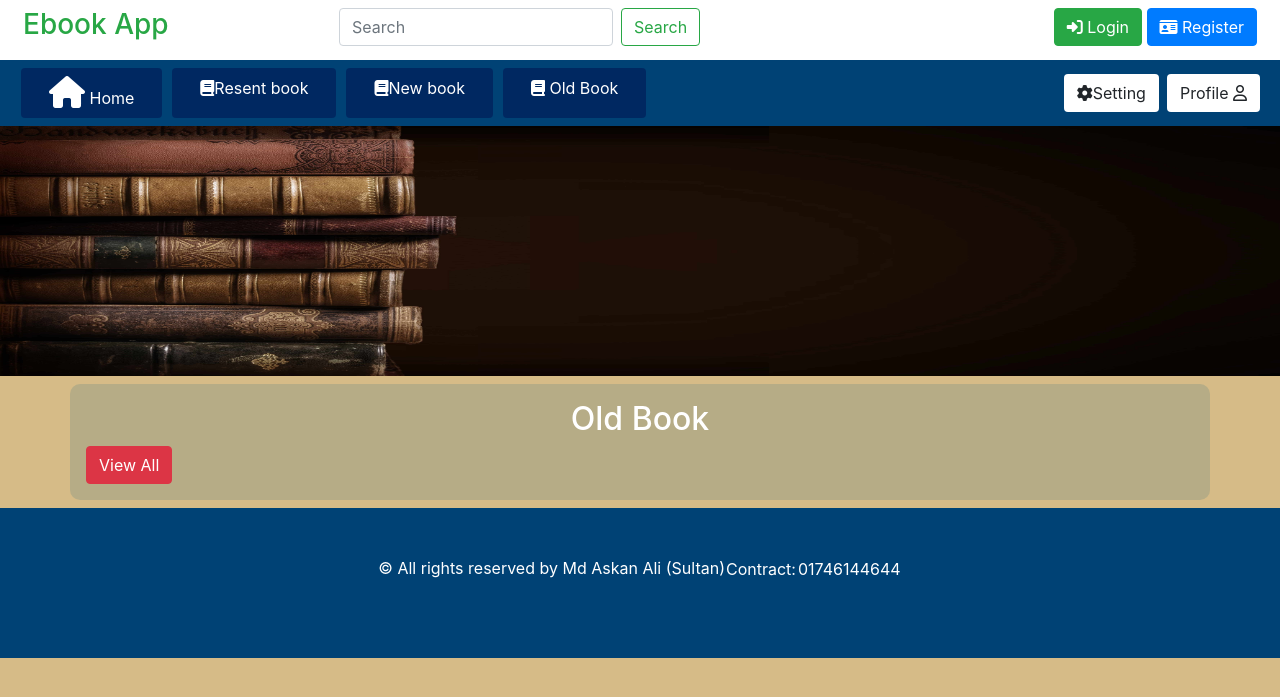
Repository: sultanaskan/EbookApp
Page: http://localhost/ebook/oldbook.jsp
An editor plug-in stored every save of this project. The page is shown before and after the next save, followed by the edit.
The browser window is 1280 px wide. The pictures show the whole page.
The page is served by Tomcat 9. Other server files are loaded and not shown. Queries for data that is not in the repository find no rows.

Above is the page before, as saved 2024-05-06 07:19:19.

### ebook/src/main/webapp/oldbook.jsp
<%@page import="com.entity.Book"%>
<%@page import="java.util.List"%>
<%@page import="com.entity.Cart"%>
<%@page import="com.DAO.DBconn"%>
<%@ page language="java" contentType="text/html; charset=UTF-8"
	pageEncoding="UTF-8"%>



<!DOCTYPE html>
<html>
<head>
<meta charset="UTF-8">
<title>Old Book:</title>
<%@include file="components/allcss.jsp"%>


</head>
<body>
	<%@include file="components/navbar.jsp"%>
	<img style="height: 250px; width: 100%" alt="benner"
		src="components/img/ben.png">

	<!-- Old Book -->
		<div class="container my-2 p-3 resentbook">
		<h2 class="text-white text-center">Old Book</h2>
		<div class="row justify-content-center text-center">



			<%
			HttpSession se = request.getSession();
			user u = (user) se.getAttribute("logedin");
			System.out.println("User Loged User id: " + u);
			DAOImpl dao = new DAOImpl(conn);
			List<Book> ne = dao.getOldBook();

			for (Book b : ne) {
			%>
			<div class="col-lg-3 col-md-4 col-sm-6 my-2">
				<div class="card">
					<div class="card-body">
						<img class="gcardbook" alt="book" src="books/<%=b.getFile()%>">
						<p>
							Book Name:
							<%=b.getName()%>
							<br> Author Name:<%=b.getAuthor()%>
							<br> Categories:
							<%=b.getCat()%>
						</p>
						<div class="row text-center justify-content-center">
							<c:if test="${not empty logedin  }">
								<%
								Cart c = dao.chackCartByUB(b.getBid(), u.getUid());
								if (c != null) {
								%>
								<a class="disabled btn btn-danger btn-sm m-1">Add Card</a>

								<%
								} else if( c==null){
								%>

								<a
									href="addcartservlet?bid=<%=b.getBid()%>&uid=<%=u.getUid()%>&bname=<%=b.getName()%>&author=<%=b.getAuthor()%>&price=<%=b.getPrice()%>&address=<%=u.getAddress()%>&phone=<%=u.getPhone()%>&email=<%=b.getEmail()%>"
									class="btn btn-danger btn-sm m-1">Add Card</a>
								<%
								}
								%>
							</c:if>

							<c:if test="${empty logedin }">

								<a href="login.jsp" class=" btn btn-danger btn-sm m-1">Add
									Card</a>
							</c:if>
							<a href="viewdetails.jsp?bid=<%=b.getBid()%>
								class="btn btn-primary btn-sm m-1">View Details</a>
								<a
								class="btn btn-success btn-sm m-1"><%=b.getPrice() %></a>
						</div>
					</div>
				</div>
			</div>
			<%
			}
			%>



		</div>
		<a class="self-align-center  y-2 btn btn-danger">View All</a>
	</div>










	<%@include file="components/footer.jsp"%>
</body>
</html>

### ebook/src/main/webapp/components/allcss.jsp
<script
	src="https://cdn.jsdelivr.net/npm/jquery@3.5.1/dist/jquery.slim.min.js"></script>
<script
	src="https://cdn.jsdelivr.net/npm/popper.js@1.16.1/dist/umd/popper.min.js"></script>
<script
	src="D:/All projects/java web/EbookApp/src/main/webapp/components/bootstrap-4.6.2-dist/js/bootstrap.min.js"></script>

<link rel="stylesheet"
	href="https://cdn.jsdelivr.net/npm/bootstrap@4.6.2/dist/css/bootstrap.min.css">
<script
	src="https://cdn.jsdelivr.net/npm/bootstrap@4.6.2/dist/js/bootstrap.bundle.min.js"></script>
<link rel="stylesheet"
	href="https://cdnjs.cloudflare.com/ajax/libs/font-awesome/6.4.2/css/all.min.css" />

<link rel="stylesheet" href="components/style.css">

### ebook/src/main/webapp/components/navbar.jsp
<%@page import="java.sql.Connection"%>
<%@page import="com.db.Database"%>
<%@page import="com.entity.user"%>
<%@page import="com.DAO.DAOImpl"%>
<%@page import="com.DAO.DBconn"%>
<%@include file="jstl.jsp" %>


<% Connection conn =new Database().Dbconn(); %>


<div class="container-fluid bg-white  " style="min-height: 60px">
	<div class="row p-2">
		<div class="col-md-3">
			<h3 class="text-success float-left">Ebook App</h3>
		</div>
		<div class=" col-md-5">
			<form class="form-inline my-2 my-lg-0">
				<input class="form-control mr-sm-2" type="search"
					placeholder="Search" aria-label="Search">
				<button class="btn btn-outline-success my-2 my-sm-0" type="submit">Search</button>
			</form>
		</div>

		<c:if test="${not empty  logedin }">
			<div class="col-md-4  text-right">
				<a href="profile.jsp" class="btn btn-primary "><i
					class="fa-regular fa-user"></i> Profile</a>
				<button data-toggle="modal" data-target="#exampleModal"
					class="btn btn-danger ">
					<i class="fa-solid fa-right-from-bracket"></i> Logout
				</button>
			</div>
		</c:if>

		<c:if test="${empty logedin}">
			<div class="col-md-4  text-right">
				<a href="login.jsp" class="btn btn-success "><i
					class="fa-solid fa-right-to-bracket "></i> Login</a> <a
					href="register.jsp" class="btn btn-primary "><i
					class="fa-solid fa-id-card"></i> Register</a>
			</div>
		</c:if>


	</div>
</div>



<nav class="navbar navbar-expand-lg navbar-dark  sticky-top"
	style="background: #004275">
	<button class="navbar-toggler" type="button" data-toggle="collapse"
		data-target="#navbarSupportedContent"
		aria-controls="navbarSupportedContent" aria-expanded="false"
		aria-label="Toggle navigation">
		<span class="navbar-toggler-icon"></span>
	</button>
	<div class="row collapse navbar-collapse" id="navbarSupportedContent">
		<div class=" col-md-7 float-left ">
			<ul class="navbar-nav mr-auto">
				<li class="nav-item active"><a class="nav-link"
					href="index.jsp"> <i class="fa-solid fa-house fa-2x"></i> Home
				</a></li>
				<li class="nav-item active"><a class="nav-link"
					href="resentbook.jsp"> <i class="fa-solid fa-book"></i>Resent
						book
				</a></li>
				<li class="nav-item  active"><a class="nav-link"
					href="newbook.jsp"> <i class="fa-solid fa-book"></i>New book
				</a></li>
				<li class="nav-item active"><a class="nav-link "
					href="oldbook.jsp"> <i class="fa-solid fa-book"></i> Old Book
				</a></li>
			</ul>
		</div>

		<div class="col-md-5 ">
			<a class=" float-right btn bg-white mx-1" href="#">Profile <i
				class="fa-regular fa-user"></i>
			</a> <a href="setting.jsp" class=" float-right btn bg-white mx-1"
				href="#"><i class="fa-solid fa-gear"></i>Setting </a>




			<c:if test="${not empty logedin }">

				<%
				DAOImpl daoNav = new DAOImpl(conn);
				user uNav = (user) session.getAttribute("logedin");
				int uidNav = uNav.getUid();
				int totalCarts = daoNav.getCartsCountByUid(uidNav);
				System.out.println("total Carts is: " + totalCarts);
				%>

				<a href="cart.jsp" class="float-right  btn bg-white mx-1"
					href="#"> <i class="fa-solid fa-cart-arrow-down"></i> <sup
					style="font-size: 15px; width: 250px"
					class="bg-danger rounded text-white"> <%=totalCarts%>
				</sup>
				</a>
			</c:if>


		</div>

	</div>
</nav>





<!-- Modal -->
<div class="modal fade" id="exampleModal" tabindex="-1"
	aria-labelledby="exampleModalLabel" aria-hidden="true">
	<div class="modal-dialog">
		<div class="modal-content">
			<div class="modal-header">
				<h5 class="modal-title" id="exampleModalLabel">warning !</h5>
				<button type="button" class="close" data-dismiss="modal"
					aria-label="Close">
					<span aria-hidden="true">&times;</span>
				</button>
			</div>
			<div class="modal-body">Are you sure you want to logout?</div>
			<div class="modal-footer">
				<button type="button" class="btn btn-secondary" data-dismiss="modal">No</button>
				<a href="Logout" type="button" class="btn btn-primary">Yes</a>
			</div>
		</div>
	</div>
</div>

### ebook/src/main/webapp/components/jstl.jsp
<%@ taglib prefix = "c" uri = "http://java.sun.com/jsp/jstl/core" %>
<%@  page isELIgnored="false" %>

### ebook/src/main/webapp/components/footer.jsp
<div class="container-fluid  text-center " style="height:150px; background:#004275">
	<div class="row text-center text-white pt-5 justify-content-center">

		<table>
		<tr>
		&copy All rights reserved by Md Askan Ali (Sultan)
		</tr>
		<tr>
		<td>Contract: </td>
		<td>01746144644</td>
		</tr>
		</table>
	</div>
</div>

### ebook/src/main/java/com/db/Database.java
package com.db;

import java.sql.Connection;
import java.sql.DriverManager;
import java.sql.SQLException;

public class Database{






	public Database() {
		super();
		// TODO Auto-generated constructor stub
	}

	public Connection Dbconn() {
		// TODO Auto-generated method stub
		Connection conn  = null;
		String url= "jdbc:mysql://localhost:3306/ebook";
		String user= "root";
		String password= "";

		try {
			Class.forName("com.mysql.cj.jdbc.Driver");
		} catch (ClassNotFoundException e) {
			// TODO Auto-generated catch block
			e.printStackTrace();
		}

		try {

			conn = DriverManager.getConnection(url,user, password);
		} catch (SQLException e) {
			// TODO Auto-generated catch block
			e.printStackTrace();
		}

		return conn;
	}


}

### ebook/src/main/java/com/DAO/DAO.java
package com.DAO;

import java.util.ArrayList;


import com.entity.*;
import java.util.List;

public abstract class DAO {
	public abstract boolean RegisterUser(user u);
	public abstract user getUserByEP(String E, String p);
	public abstract boolean addNewBook(Book b);
	public abstract boolean updateBook(Book b);
	public abstract List<Book> getAllBook();
	public abstract List<Book> getRsentBook();
	public abstract List<Book> getNewBook();
	public abstract List<Book> getOldBook();
	public abstract List<Cart> getCartsByU(int uid);
	public abstract Book getBookById(int id);
	public abstract boolean removeBookById(int id);
	public abstract boolean addCart(Cart c);
	public abstract Cart chackCartByUB(int bid, int uid);
	public abstract boolean RemoveCartbyId(int cid);
	public abstract double getTotalAmount(int uid);
	public abstract int getCartsCountByUid(int uid);
	public abstract boolean saveOrder(Order o);

}

### ebook/src/main/java/com/DAO/DAOImpl.java
package com.DAO;

import java.sql.Connection;
import java.sql.PreparedStatement;
import java.sql.ResultSet;
import java.util.ArrayList;
import java.util.List;

import com.entity.Book;
import com.entity.Cart;
import com.entity.Order;
import com.entity.user;

public class DAOImpl extends DAO {
	private Connection conn;

	public DAOImpl(Connection conn) {
		super();
		this.conn = conn;
	}

	@Override
	public boolean RegisterUser(user u) {
		boolean f = false;
		try {
			String sql = "insert into user(name, email, phone, password, address, city, state, zip) values(?,?,?,?,?,?,?,?)";
			PreparedStatement ps = conn.prepareStatement(sql);
			ps.setString(1, u.getName());
			ps.setString(2, u.getEmail());
			ps.setString(3, u.getPhone());
			ps.setString(4, u.getPassword());
			ps.setString(5, u.getAddress());
			ps.setString(6, u.getCity());
			ps.setString(7, u.getState());
			ps.setString(8, u.getZip());

			boolean r = ps.execute();

			if (r == false) {
				f = true;
			}

		} catch (Exception e) {
			e.printStackTrace();
		}
		return f;
	}

	@Override
	public user getUserByEP(String E, String P) {
		user u = null;
		try {
			String sql = "select * from `ebook`.user where email= ? and password = ?";
			PreparedStatement ps = conn.prepareStatement(sql);
			ps.setString(1, E);
			ps.setString(2, P);

			ResultSet re = ps.executeQuery();
			while (re.next()) {
				u = new user();
				u.setUid(re.getInt(1));
				u.setName(re.getString(2));
				u.setEmail(re.getString(3));
				u.setPhone(re.getString(4));
				u.setPassword(re.getString(5));
				u.setAddress(re.getString(6));
				u.setCity(re.getString(7));
				u.setState(re.getString(8));
				u.setState(re.getString(9));
				u.setPhoto(re.getString(10));
				u.setRole(re.getString(11));

			}

		} catch (Exception e) {
			e.printStackTrace();
		}

		return u;
	}

	@Override
	public boolean addNewBook(Book b) {
		boolean r = false;
		try {
			String sql = "insert into books(name, author, price, cat, status, photo, email) values(?,?,?,?,?,?,?)";
			PreparedStatement ps = conn.prepareStatement(sql);

			ps.setString(1, b.getName());
			ps.setString(2, b.getAuthor());
			ps.setDouble(3, b.getPrice());
			ps.setString(4, b.getCat());
			ps.setString(5, b.getStatus());
			ps.setString(6, b.getFile());
			ps.setString(7, b.getEmail());

			boolean f = ps.execute();
			if (f == false) {
				r = true;
			}

		} catch (Exception e) {
			e.printStackTrace();
		}

		return r;
	}

	@Override
	public boolean updateBook(Book b) {
		boolean r = false;
		try {
			String sql = "update  books set name =?, author=?, price=?, cat=?, status=? where bid = ?";
			PreparedStatement ps = conn.prepareStatement(sql);

			ps.setString(1, b.getName());
			ps.setString(2, b.getAuthor());
			ps.setDouble(3, b.getPrice());
			ps.setString(4, b.getCat());
			ps.setString(5, b.getStatus());
			ps.setInt(6, b.getBid());

			int f = ps.executeUpdate();
			if (f == 1) {
				r = true;
			}

		} catch (Exception e) {
			e.printStackTrace();
		}

		return r;
	}

	@Override
	public List<Book> getAllBook() {
		List<Book> list = new ArrayList<>();
		Book b = null;

		try {
			String sql = "select * from books";
			PreparedStatement bs = conn.prepareStatement(sql);

			ResultSet re = bs.executeQuery();
			while (re.next()) {
				b = new Book();
				b.setBid(re.getInt(1));
				b.setName(re.getString(2));
				b.setAuthor(re.getString(3));
				b.setPrice(re.getDouble(4));
				b.setCat(re.getString(5));
				b.setStatus(re.getString(6));
				b.setFile(re.getString(7));
				b.setEmail(re.getString(8));

				list.add(b);
			}

		} catch (Exception e) {
			e.printStackTrace();
		}

		return list;
	}

	@Override
	public Book getBookById(int id) {
		Book b = null;

		try {
			String sql = "select * from books Where bid= ?";
			PreparedStatement bs = conn.prepareStatement(sql);
			bs.setInt(1, id);

			ResultSet re = bs.executeQuery();

			while (re.next()) {
				b = new Book();
				b.setBid(re.getInt(1));
				b.setName(re.getString(2));
				b.setAuthor(re.getString(3));
				b.setPrice(re.getDouble(4));
				b.setCat(re.getString(5));
				b.setStatus(re.getString(6));
				b.setFile(re.getString(7));
				b.setEmail(re.getString(8));

			}

		} catch (Exception e) {
			e.printStackTrace();
		}

		return b;
	}

	@Override
	public List<Book> getRsentBook() {
		List<Book> list = new ArrayList<>();
		Book b = null;

		try {
			String sql = "select * from books where status=? order by bid desc";
			PreparedStatement ps = conn.prepareStatement(sql);
			ps.setString(1, "Active");

			ResultSet re = ps.executeQuery();
			while (re.next()) {
				b = new Book();
				b.setBid(re.getInt(1));
				b.setName(re.getString(2));
				b.setAuthor(re.getString(3));
				b.setPrice(re.getDouble(4));
				b.setCat(re.getString(5));
				b.setStatus(re.getString(6));
				b.setFile(re.getString(7));
				b.setEmail(re.getString(8));

				list.add(b);
			}

		} catch (Exception e) {
			e.printStackTrace();
		}

		return list;
	}

	@Override
	public List<Book> getNewBook() {
		List<Book> list = new ArrayList<>();
		Book b = null;

		try {
			String sql = "select * from books where status=? and cat=? ";
			PreparedStatement ps = conn.prepareStatement(sql);
			ps.setString(1, "Active");
			ps.setString(2, "New");

			ResultSet re = ps.executeQuery();
			while (re.next()) {
				b = new Book();
				b.setBid(re.getInt(1));
				b.setName(re.getString(2));
				b.setAuthor(re.getString(3));
				b.setPrice(re.getDouble(4));
				b.setCat(re.getString(5));
				b.setStatus(re.getString(6));
				b.setFile(re.getString(7));
				b.setEmail(re.getString(8));

				list.add(b);
			}

		} catch (Exception e) {
			e.printStackTrace();
		}

		return list;
	}

	@Override
	public List<Book> getOldBook() {
		List<Book> list = new ArrayList<>();
		Book b = null;

		try {
			String sql = "select * from books where status=? and cat=? ";
			PreparedStatement ps = conn.prepareStatement(sql);
			ps.setString(1, "Active");
			ps.setString(2, "Old");

			ResultSet re = ps.executeQuery();
			while (re.next()) {
				b = new Book();
				b.setBid(re.getInt(1));
				b.setName(re.getString(2));
				b.setAuthor(re.getString(3));
				b.setPrice(re.getDouble(4));
				b.setCat(re.getString(5));
				b.setStatus(re.getString(6));
				b.setFile(re.getString(7));
				b.setEmail(re.getString(8));

				list.add(b);
			}

		} catch (Exception e) {
			e.printStackTrace();
		}

		return list;
	}

	@Override
	public boolean removeBookById(int id) {
		boolean r = false;
		try {
			String sql = "delete from books where bid=?";
			PreparedStatement ps = conn.prepareStatement(sql);
			ps.setInt(1, id);

			int i = ps.executeUpdate();
			if (i == 1) {
				r = true;
			}

		} catch (Exception e) {
			e.printStackTrace();
		}

		return r;
	}

	@Override
	public boolean addCart(Cart c) {
		boolean r = false;
		try {
			String sql = "insert into carts(bid, uid, bookname,author, price, address, phone,email) values(?,?,?,?,?,?,?,?)";
			PreparedStatement ps = conn.prepareStatement(sql);
			ps.setInt(1, c.getBid());
			ps.setInt(2, c.getUid());
			ps.setString(3, c.getBname());
			ps.setString(4, c.getAuthor());
			ps.setDouble(5, c.getPrice());
			ps.setString(6, c.getAddress());
			ps.setString(7, c.getPhone());
			ps.setString(8, c.getEmail());

			boolean f = ps.execute();
			if (f == false) {
				r = true;
			}

		} catch (Exception e) {
			e.printStackTrace();
		}
		return r;
	}

	@Override
	public Cart chackCartByUB(int bid, int uid) {
		Cart c = null;
		try {
			String sql = "select * from carts where bid=? and uid=?";
			PreparedStatement ps = conn.prepareStatement(sql);
			ps.setInt(1, bid);
			ps.setInt(2, uid);

			ResultSet re = ps.executeQuery();
			boolean i = re.next();
			while (re.next()) {
				c = new Cart();
				c.setCid(re.getInt(1));
				c.setBid(re.getInt(2));
				c.setUid(re.getInt(3));
				c.setBname(re.getString(4));
				c.setPrice(re.getDouble(5));
				c.setAddress(re.getString(6));
				c.setPhone(re.getString(7));
				c.setEmail(re.getString(8));
			}

		} catch (Exception e) {
			e.printStackTrace();
			;
		}

		return c;
	}

	@Override
	public List<Cart> getCartsByU(int uid) {
		List<Cart> list = new ArrayList<>();
		Cart c = null;

		try {
			String sql = "select * from carts where uid=?";
			PreparedStatement ps = conn.prepareStatement(sql);
			ps.setInt(1, uid);

			ResultSet re = ps.executeQuery();
			while (re.next()) {
				c = new Cart();
				c.setCid(re.getInt(1));
				c.setBid(re.getInt(2));
				c.setUid(re.getInt(3));
				c.setBname(re.getString(4));
				c.setAuthor(re.getString(5));
				c.setPrice(re.getDouble(6));
				c.setAddress(re.getString(7));
				c.setPhone(re.getString(8));
				c.setEmail(re.getString(9));

				list.add(c);
			}

		} catch (Exception e) {
			e.printStackTrace();
		}

		return list;

	}

	@Override
	public boolean RemoveCartbyId(int cid) {
		boolean r = false;
		try {
			String sql = "delete from carts where cid=?";
			PreparedStatement ps = conn.prepareStatement(sql);
			ps.setInt(1, cid);

			int i = ps.executeUpdate();
			if (i == 1) {
				r = true;
			}

		} catch (Exception e) {
			e.printStackTrace();
		}
		return r;
	}

	@Override
	public double getTotalAmount(int uid) {
		double total = 00.0;
		try {
			String sql = "select * from carts where uid = ?";

			PreparedStatement ps = conn.prepareStatement(sql);
			ps.setInt(1, uid);
			ResultSet re = ps.executeQuery();

			while (re.next()) {
				total = total + re.getInt(6);
			}

		} catch (Exception e) {
			e.printStackTrace();
		}
		return total;
	}

	@Override
	public int getCartsCountByUid(int uid) {
		int cartsCount = 0;

		try {
			String sql = "select * from carts where uid = ?";

			PreparedStatement ps = conn.prepareStatement(sql);
			ps.setInt(1, uid);
			ResultSet re = ps.executeQuery();

			while (re.next()) {
				cartsCount++;
			}

		} catch (Exception e) {
			e.printStackTrace();
		}

		return cartsCount;
	}

	@Override
	public boolean saveOrder(Order o) {
		// TODO Auto-generated method stub
		boolean r = false;
		String sql = "insert into order values(o_id, c_id, b_id, s_id)";
		try {
			PreparedStatement ps = conn.prepareStatement(sql);
			ps.setInt(1, o.getO_id());
			ps.setInt(2, o.getC_id());
			ps.setInt(3, o.getB_id());
			ps.setInt(4, o.getS_id());
			r= ps.execute();


		} catch (Exception e) {
			// TODO: handle exception
			e.printStackTrace();
		}
		return false;
	}

}

### ebook/src/main/webapp/components/style.css

body{
	background-color:#D6BB87;
}
.gcardbook{
	height: 135px;
	width: 100px;
}
.resentbook{
	background-color: rgba(132, 151, 134,0.4);
	border-radius: 10px;
}

.newbook{
	background-color: rgba(148, 124, 145,0.4);
	border-radius: 10px;
}

.oldbook{
	background-color: rgba(155, 152, 130,.4);
	border-radius: 10px;
}
.card {
	background-color: rgba(255, 255, 223,0.3);
	transition: 1s ease-in-out ;
}
.card{
	background-color: white;
}

.navbar ul li{
	padding-left: 20px;
	padding-right: 20px;
	background-color: rgba(0, 0, 68, .4);
	border-radius: 4px;
	margin-right: 5px;
	margin-left: 5px;
}

.navbar ul li:hover {
	background-color:rgb(128, 0, 128);
	transition: .3s ease-in-out;
	color:rgb(0, 0, 64) !important;
	border-radius: 4px;

}

After the next save:
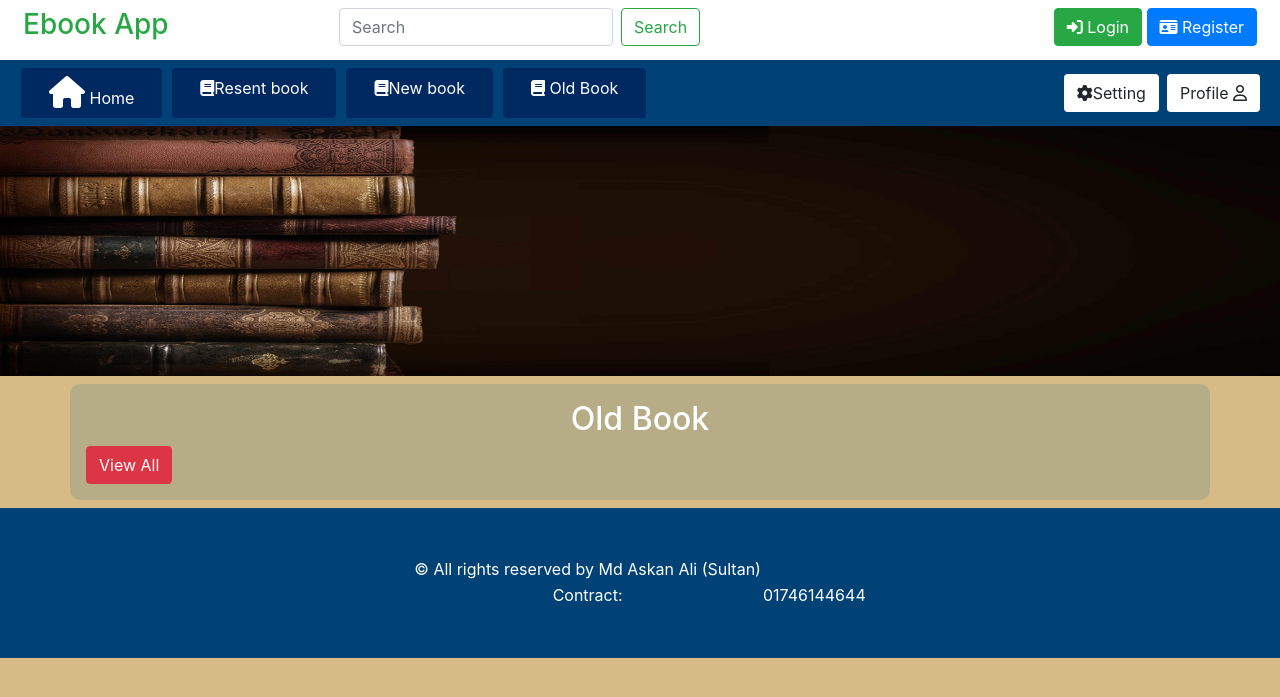
Saved 25 s later.
--- a/ebook/src/main/webapp/components/footer.jsp
+++ b/ebook/src/main/webapp/components/footer.jsp
@@ -2,8 +2,9 @@
 	<div class="row text-center text-white pt-5 justify-content-center">
 
 		<table>
-		<tr>
+		<tr> <td>
 		&copy All rights reserved by Md Askan Ali (Sultan)
+		</td>
 		</tr>
 		<tr>
 		<td>Contract: </td>
